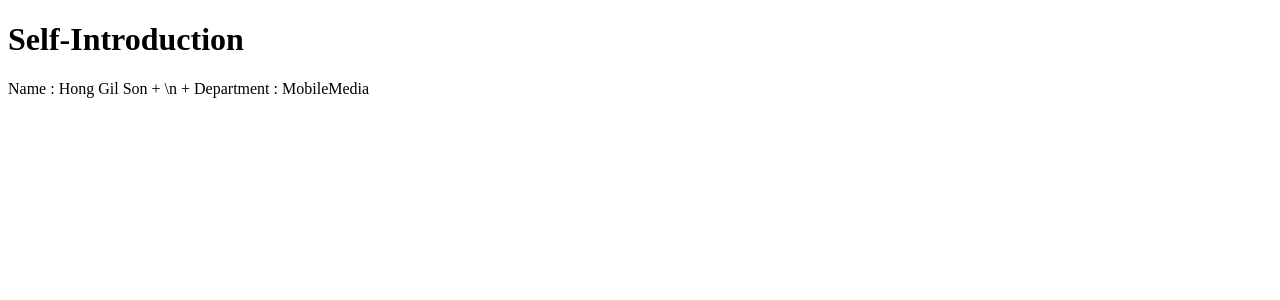
Repository: bobo1201/jspwork
Page: http://localhost/JSPBook/HelloJSP3.jsp
An editor plug-in stored every save of this project. The page is shown before and after the next save, followed by the edit.
The browser window is 1280 px wide. The pictures show the whole page.
The page is served by Tomcat 9.

Above is the page before, as saved 2023-02-27 01:50:11.

After the next save:
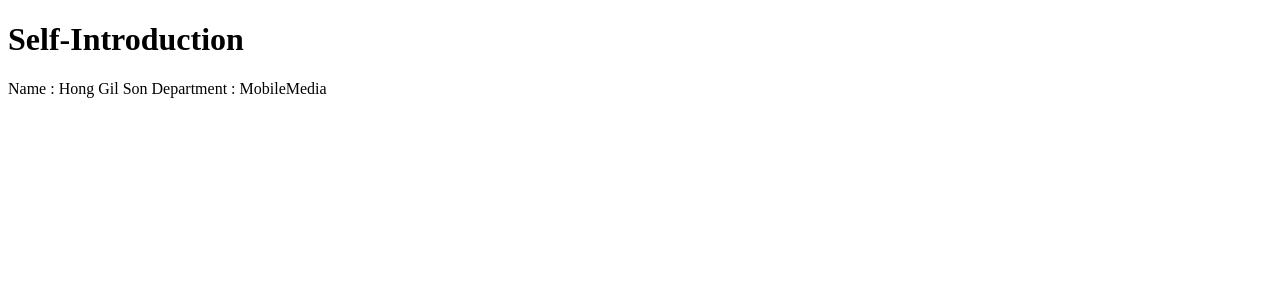
Saved 35 s later.
--- a/JSPBook/src/main/webapp/HelloJSP3.jsp
+++ b/JSPBook/src/main/webapp/HelloJSP3.jsp
@@ -8,7 +8,7 @@
 </head>
 <body>
 	<h1>Self-Introduction</h1>
-	Name : Hong Gil Son + \n +
+	Name : Hong Gil Son
 	Department : MobileMedia
 </body>
 </html>
